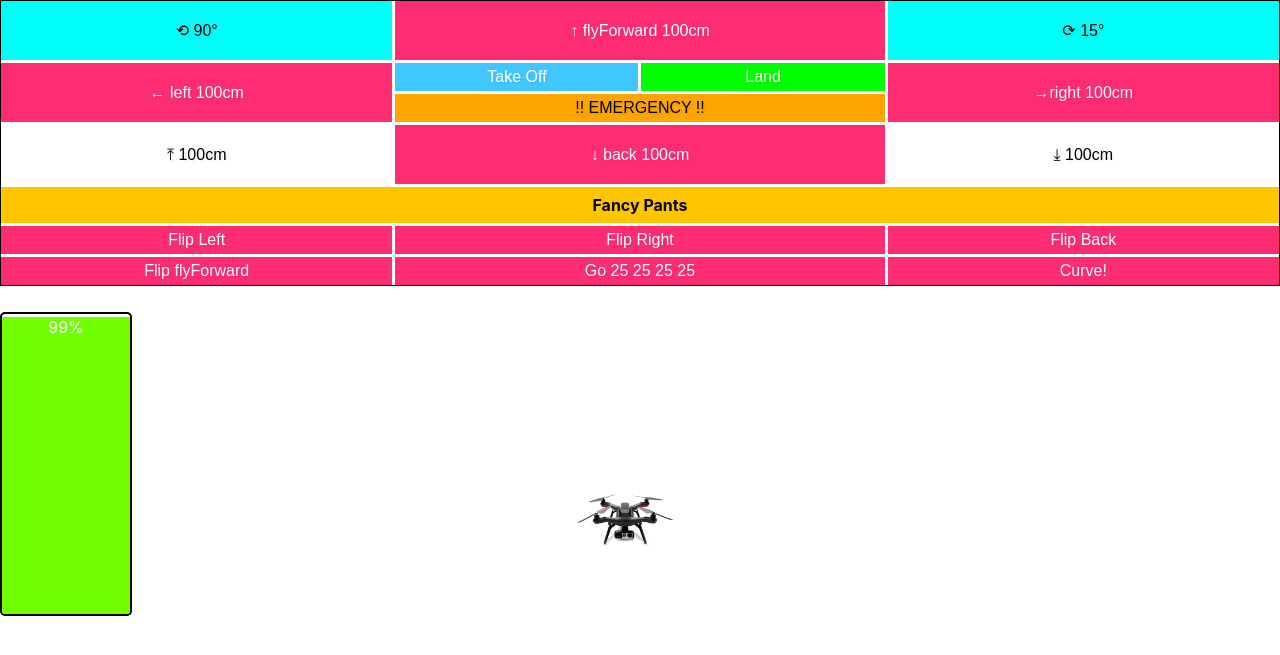
Repository: JivkoJelev91/Drone-Simulator
Page: /
These files come from the project's save history. The page is drawn as it stood at one moment and after the next save; the edit follows.
The browser window is 1280 px wide. The pictures show the whole page.
The project was rebuilt for these pictures with package versions that can differ from the ones it lists, and the page was loaded fresh each time.

Above is the page before, as saved 2018-12-21 15:46:36.

After the next save:
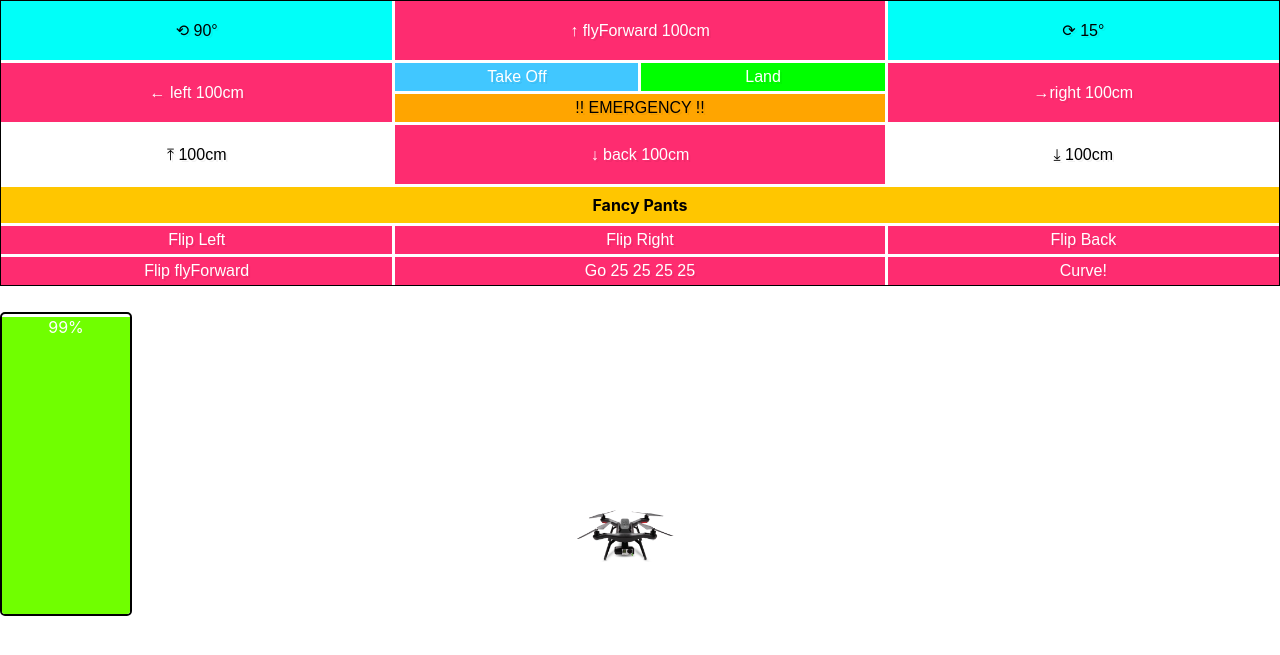
Saved 62 s later.
--- a/src/Buttons/Drone.js
+++ b/src/Buttons/Drone.js
@@ -2,17 +2,25 @@
 import dronePic from '../images/drone.png'
 
 function Drone(props) {
-  const stylesForward ={
-    bottom: `${props.state.forward}%`,
-    transition: `bottom 1.2s ease-in`,
-  }
-  const stylesLeft = {
-    left: `${props.state.left}%`,
-    transition: `left 1.2s ease-in`,
-  }
+  // const stylesForward ={
+  //   bottom: `${props.state.forward}%`,
+  //   transition: `bottom 1.2s ease-in`,
+  // }
+  // const stylesLeft = {
+  //   left: `${props.state.left}%`,
+  //   transition: `left 1.2s ease-in`,
+  // }
+
+  // const styles = (direction, value) => {
+  //   return {
+  //     direction: `${value}%`,
+  //     transition: `${direction} 1.2s ease-in`,
+  //   }
+  // }
+  console.log(props);
 
   return (
-    <div className="parentDrone" style={stylesForward}>
+    <div className="parentDrone" >
       <div className="drone" >
         <img src={dronePic} alt="drone" />
       </div>
